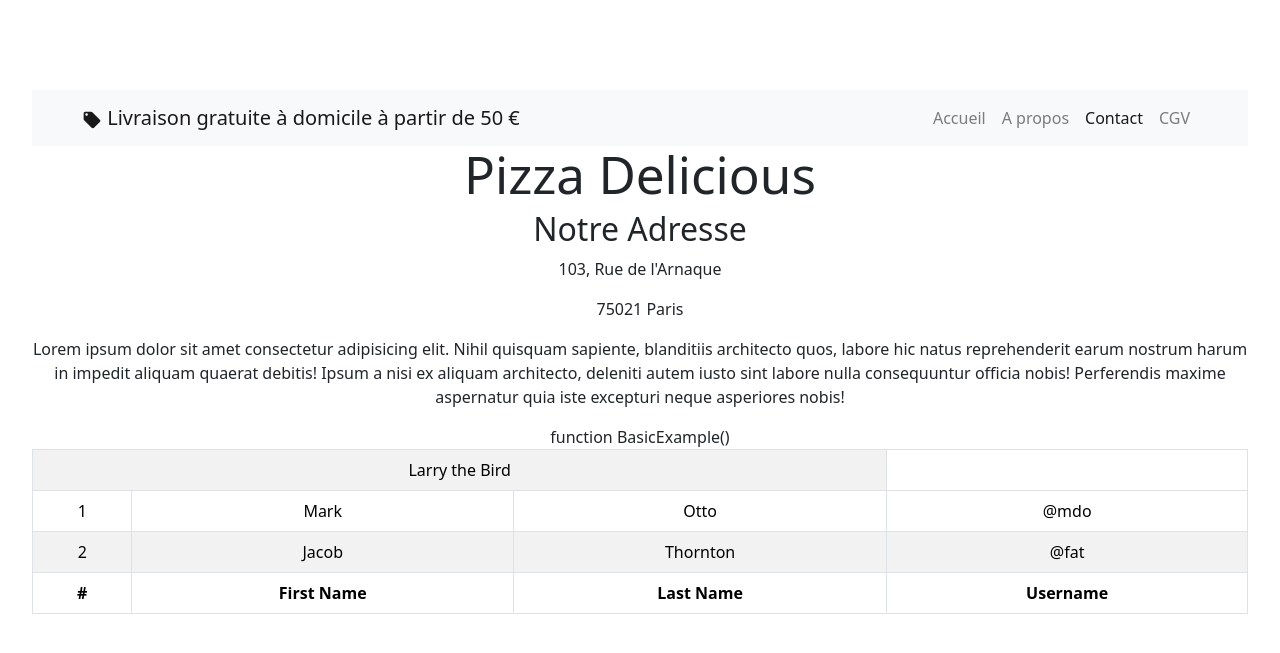
Repository: IchibanDZ/afpadev
Page: /contact (app in Desktop/dev/Pizza/)
An editor plug-in stored every save of this project. The page is shown before and after the next save, followed by the edit.
The browser window is 1280 px wide. The pictures show the whole page.
The project was rebuilt for these pictures with package versions that can differ from the ones it lists, and the page was loaded fresh each time. Also part of the build but not shown: Desktop/dev/Pizza/vite.config.js, Desktop/dev/Pizza/src/components/header/header.css, Desktop/dev/Pizza/src/components/home/home.css, Desktop/dev/Pizza/src/components/about/About.css, Desktop/dev/Pizza/app_pizzeria/pizza-data.js, Desktop/dev/Pizza/src/components/about/About.jsx, Desktop/dev/Pizza/src/components/home/Home.jsx, Desktop/dev/Pizza/src/components/Apropos/Apropos.jsx and 1 more.

Above is the page before, as saved 2024-08-22 11:03:59.

### Desktop/dev/Pizza/index.html
<!doctype html>
<html lang="en">
  <head>
    <meta charset="UTF-8" />
    <link rel="stylesheet" href="https://cdn.jsdelivr.net/npm/bootstrap@4.6.2/dist/css/bootstrap.min.css" integrity="sha384-xOolHFLEh07PJGoPkLv1IbcEPTNtaed2xpHsD9ESMhqIYd0nLMwNLD69Npy4HI+N" crossorigin="anonymous">

    <meta name="viewport" content="width=device-width, initial-scale=1.0" />
    <title>Vite + React</title>
  </head>
  <body>
    <div id="root"></div>
    <script type="module" src="/src/main.jsx"></script>
  </body>
</html>

### Desktop/dev/Pizza/src/App.jsx
import { useState } from 'react'
import 'bootstrap/dist/css/bootstrap.min.css';
import './App.css'
import Header from './components/header/Header'
import Home from './components/home/Home'
import About from './components/about/About'
import Contact from './components/contact/Contact'
import Apropos from './components/Apropos/Apropos'
import Cgv from './components/Cgv/Cgv'
import { BrowserRouter, Route, Routes } from 'react-router-dom';



function App() {
  const [count, setCount] = useState(0)

  return (
    <BrowserRouter>
      <Header />
    <Routes>
      <Route path="/" element={<Home />} />
      <Route path="/about" element={<About />} />
      <Route path="/contact" element={<Contact />} />
      <Route path="/apropos" element={<Apropos />} />
      <Route path="/header" element={<Header />} />
      <Route path="/cgv" element={<Cgv />} />
    </Routes>
  </BrowserRouter>
  )
}

export default App

### Desktop/dev/Pizza/src/components/header/Header.jsx
import React from 'react';
import "./header.css";
import Container from 'react-bootstrap/Container';
import Nav from 'react-bootstrap/Nav';
import Navbar from 'react-bootstrap/Navbar';
import { LinkContainer } from 'react-router-bootstrap';
import { MdLocalOffer } from "react-icons/md";

const Header = () => {
    return (
        <div>
             <Navbar expand="lg" className="bg-body-tertiary">
      <Container>
        <Navbar.Brand href="#home"><MdLocalOffer /> Livraison gratuite à domicile à partir de 50 €</Navbar.Brand>
        <Navbar.Toggle aria-controls="basic-navbar-nav" />
        <Navbar.Collapse id="basic-navbar-nav">
          <Nav className="ms-auto">
            <LinkContainer to="/">
            <Nav.Link>Accueil</Nav.Link>
            </LinkContainer>
            <LinkContainer to="/apropos">
            <Nav.Link>A propos</Nav.Link>
            </LinkContainer>
            <LinkContainer to="/contact">
            <Nav.Link>Contact</Nav.Link>
            </LinkContainer>
            <LinkContainer to="/cgv">
            <Nav.Link>CGV</Nav.Link>
            </LinkContainer>

          </Nav>
        </Navbar.Collapse>
      </Container>
    </Navbar>
        </div>
    )
}

export default Header;

### Desktop/dev/Pizza/src/components/contact/Contact.jsx
import React from 'react'
import Table from 'react-bootstrap/Table';

const Contact = () => {
  return (
    <div>
    <h1>Pizza Delicious</h1>
    <h2>Notre Adresse</h2>
    <p>103, Rue de l'Arnaque</p>
    <p>75021 Paris</p>
    <p>Lorem ipsum dolor sit amet consectetur adipisicing elit. Nihil quisquam sapiente, blanditiis architecto quos, labore hic natus reprehenderit earum nostrum harum in impedit aliquam quaerat debitis! Ipsum a nisi ex aliquam architecto, deleniti autem iusto sint labore nulla consequuntur officia nobis! Perferendis maxime aspernatur quia iste excepturi neque asperiores nobis!</p>
    function BasicExample()

    <Table striped bordered hover>
      <thead>

      </thead>
      <tbody>
      <tr>

          <td colSpan={3
          }>Larry the Bird</td>
        </tr>
        <tr>
          <td>1</td>
          <td>Mark</td>
          <td>Otto</td>
          <td>@mdo</td>
        </tr>
        <tr>
          <td>2</td>
          <td>Jacob</td>
          <td>Thornton</td>
          <td>@fat</td>
        </tr>
        <tr>
          <th>#</th>
          <th>First Name</th>
          <th>Last Name</th>
          <th>Username</th>
        </tr>

      </tbody>
    </Table>


    </div>
  )
}

export default Contact

Loaded but not shown: Desktop/dev/Pizza/src/main.jsx (common file); Desktop/dev/Pizza/src/index.css (common file); Desktop/dev/Pizza/src/App.css (common file)

After the next save:
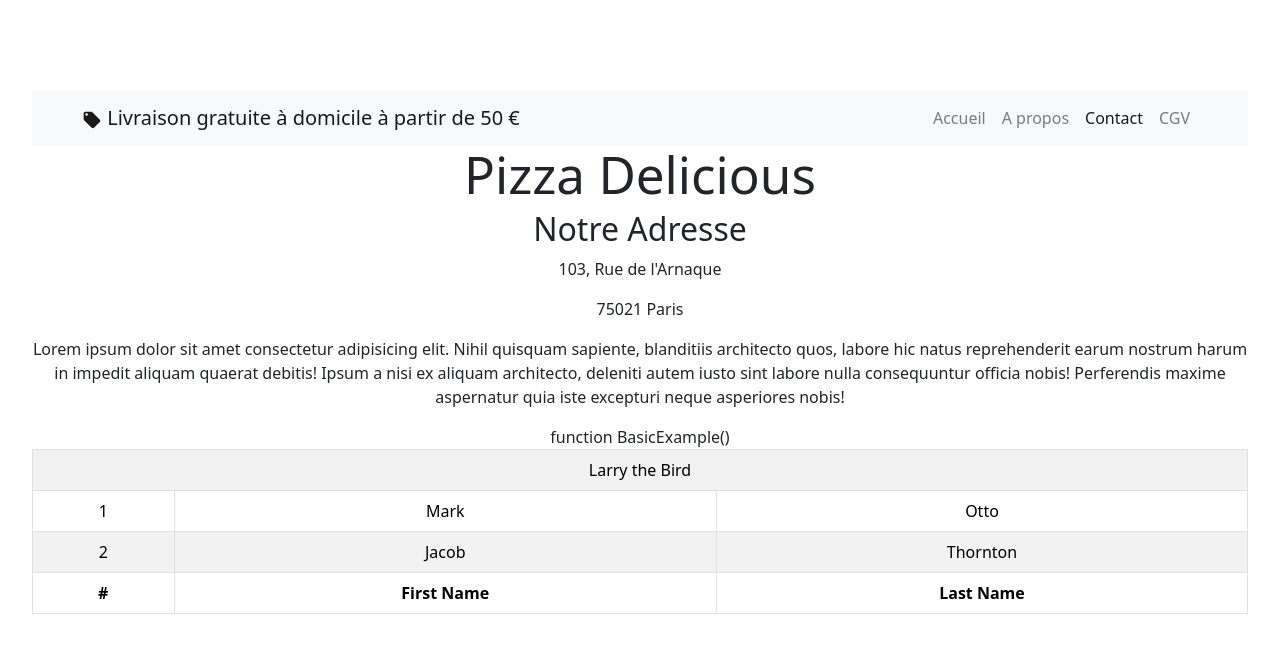
Saved 46 s later.
--- a/Desktop/dev/Pizza/src/components/contact/Contact.jsx
+++ b/Desktop/dev/Pizza/src/components/contact/Contact.jsx
@@ -25,19 +25,19 @@ const Contact = () => {
           <td>1</td>
           <td>Mark</td>
           <td>Otto</td>
-          <td>@mdo</td>
+
         </tr>
         <tr>
           <td>2</td>
           <td>Jacob</td>
           <td>Thornton</td>
-          <td>@fat</td>
+
         </tr>
         <tr>
           <th>#</th>
           <th>First Name</th>
           <th>Last Name</th>
-          <th>Username</th>
+
         </tr>
 
       </tbody>
